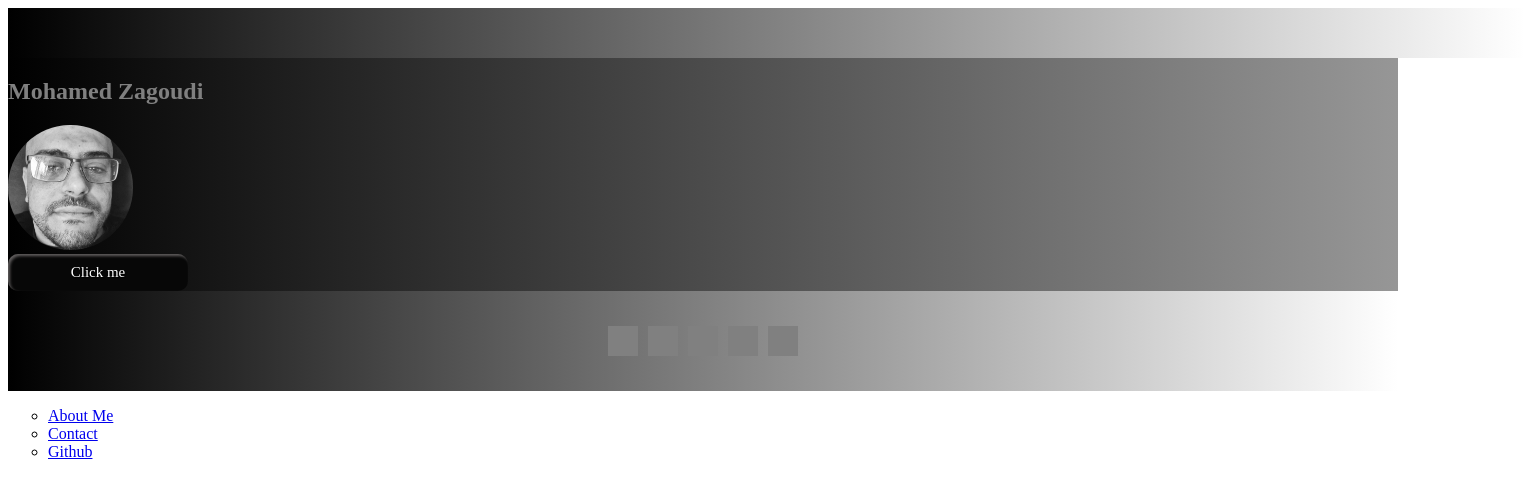
Repository: Mohzagou/Eersteportofolio
Page: index.html
The author's editor kept a copy of each file at every save. The page is drawn from the files as they stood at one save, then again after the next save.
The browser window is 1280 px wide. The page is 1525 px wide, so the pictures cover 1525 px, including what lies to the right of the window. The pictures show the whole page.

Above is the page before, as saved 2022-06-08 00:08:38.

After the next save:
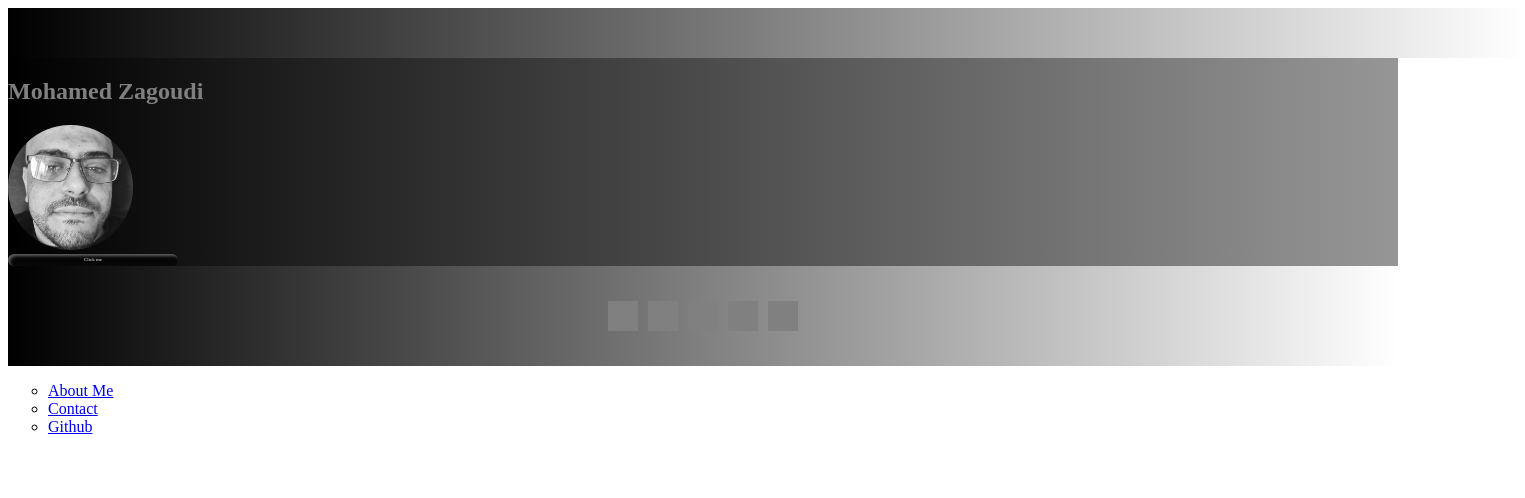
Saved 9 s later.
--- a/styles.css
+++ b/styles.css
@@ -49,8 +49,8 @@
 
                             .button {
                                 border: 0;
-                                padding: 0 15px;
-                                font-size: 15px;
+                                padding: 0 10px;
+                                font-size: 5px;
                                 width: 150px;
                                 text-align: center;
                                 line-height: 2.5;
